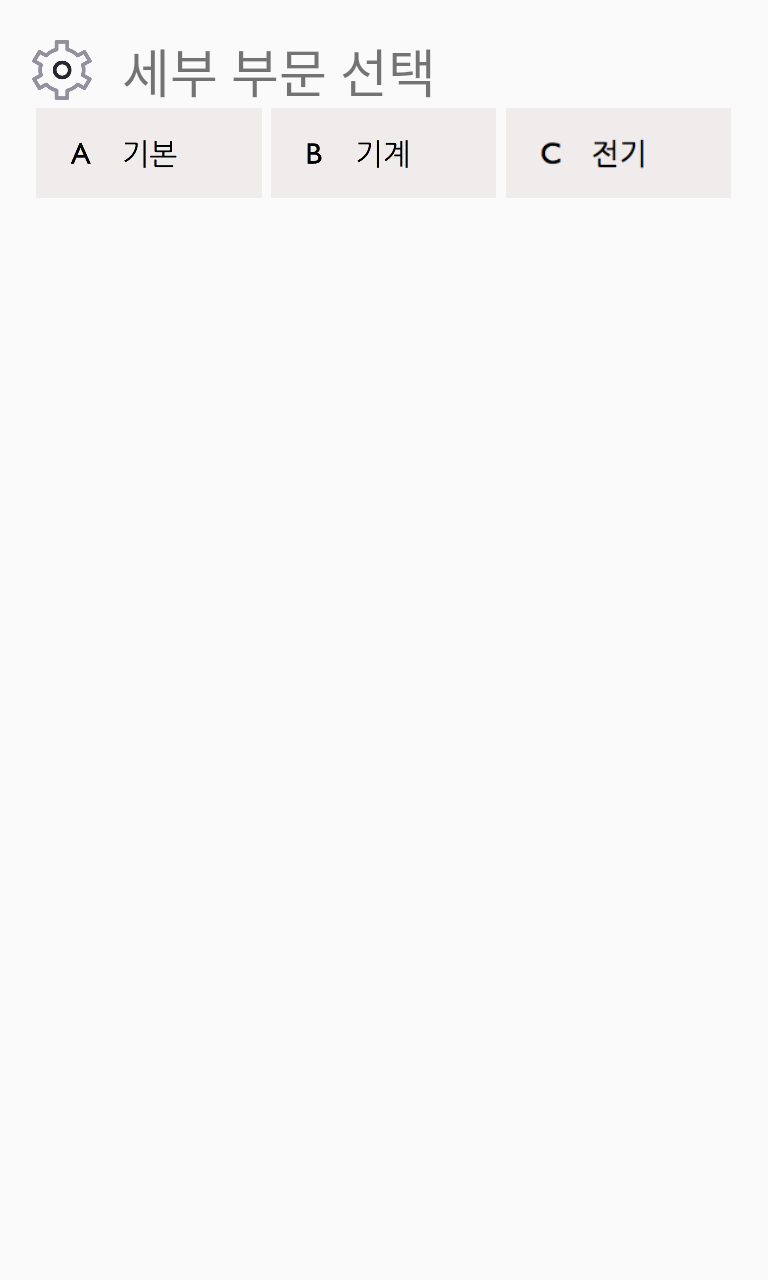
Repository: team-peony/ccfinder
Layout: android/CertifiedCompanyFinder/res/layout/fragment_category_ks.xml
These files come from the project's save history. The layout is drawn as it stood at one moment and after the next save; the edit follows.
It is drawn on a 768 x 1280 px phone screen (xhdpi) without system bars, with theme AppTheme; the app's code is not run.

Above is the layout before, as saved 2015-02-20 05:36:59.

After the next save:
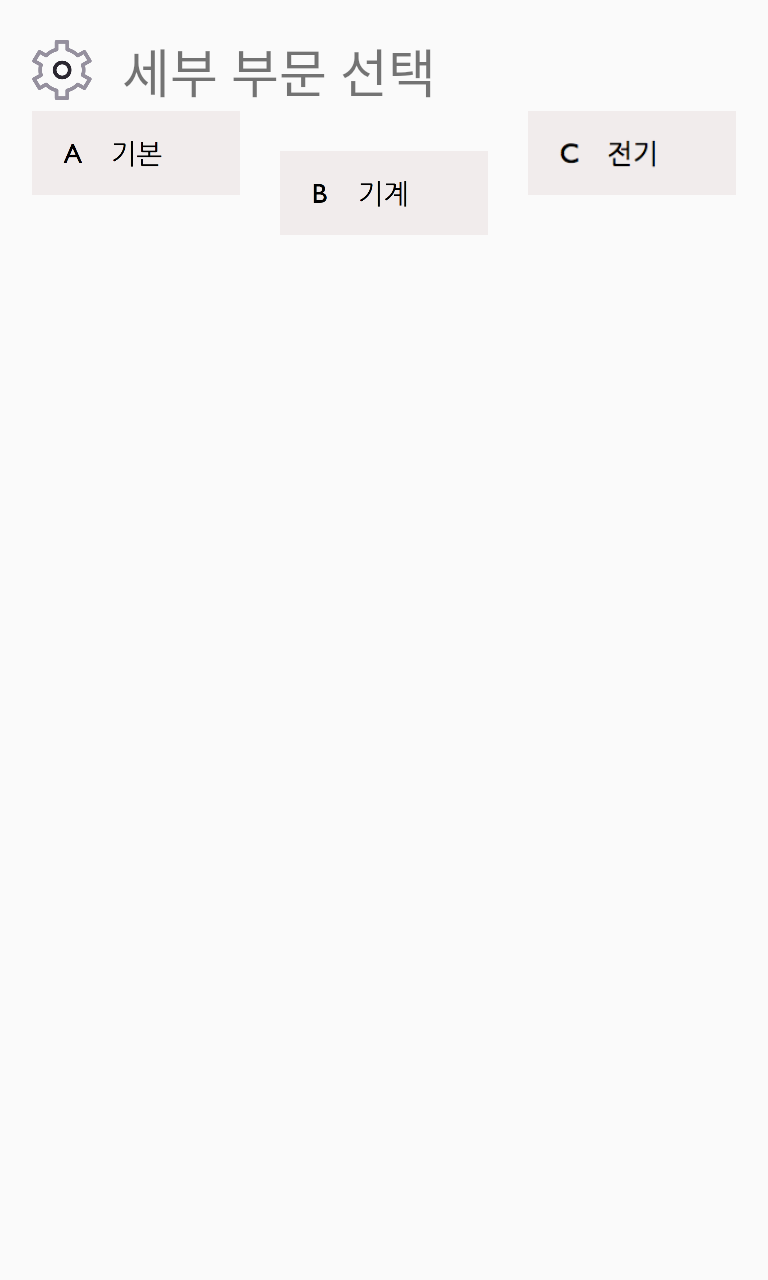
Saved 26 s later.
--- a/android/CertifiedCompanyFinder/res/layout/fragment_category_ks.xml
+++ b/android/CertifiedCompanyFinder/res/layout/fragment_category_ks.xml
@@ -47,6 +47,7 @@
 			    android:layout_width="0dp"
 			    android:layout_height="@dimen/ks_category_height"
 			    android:layout_weight="1"
+			    android:layout_margin="20dp"
 			    android:src="@drawable/b_icon"/>
 
 			<ImageView
